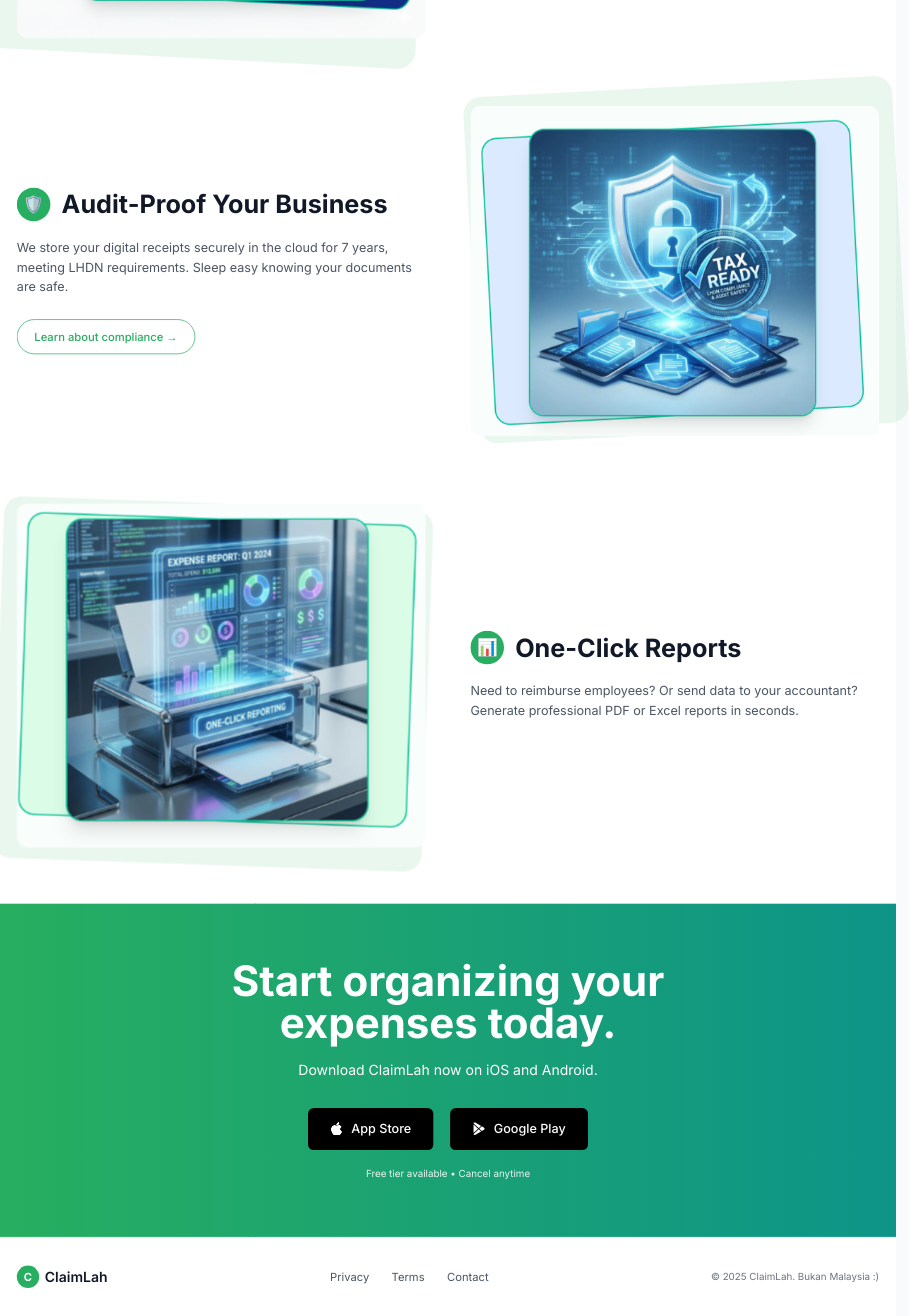
Repository: hsuntariq/web-pages
Page: Claimlah/index.html
An editor plug-in stored every save of this project. The page is shown before and after the next save, followed by the edit.
The browser window is 1280 px wide. The page is 1299 px wide, so the pictures cover 1299 px, including what lies to the right of the window. The pictures show the part of the page from y = 2500 to 4380 px (the page is 4380 px tall), at 70% of full size.
Some web libraries are served in a nearby version.

Above is the page before, as saved 2025-12-29 18:14:34.

After the next save:
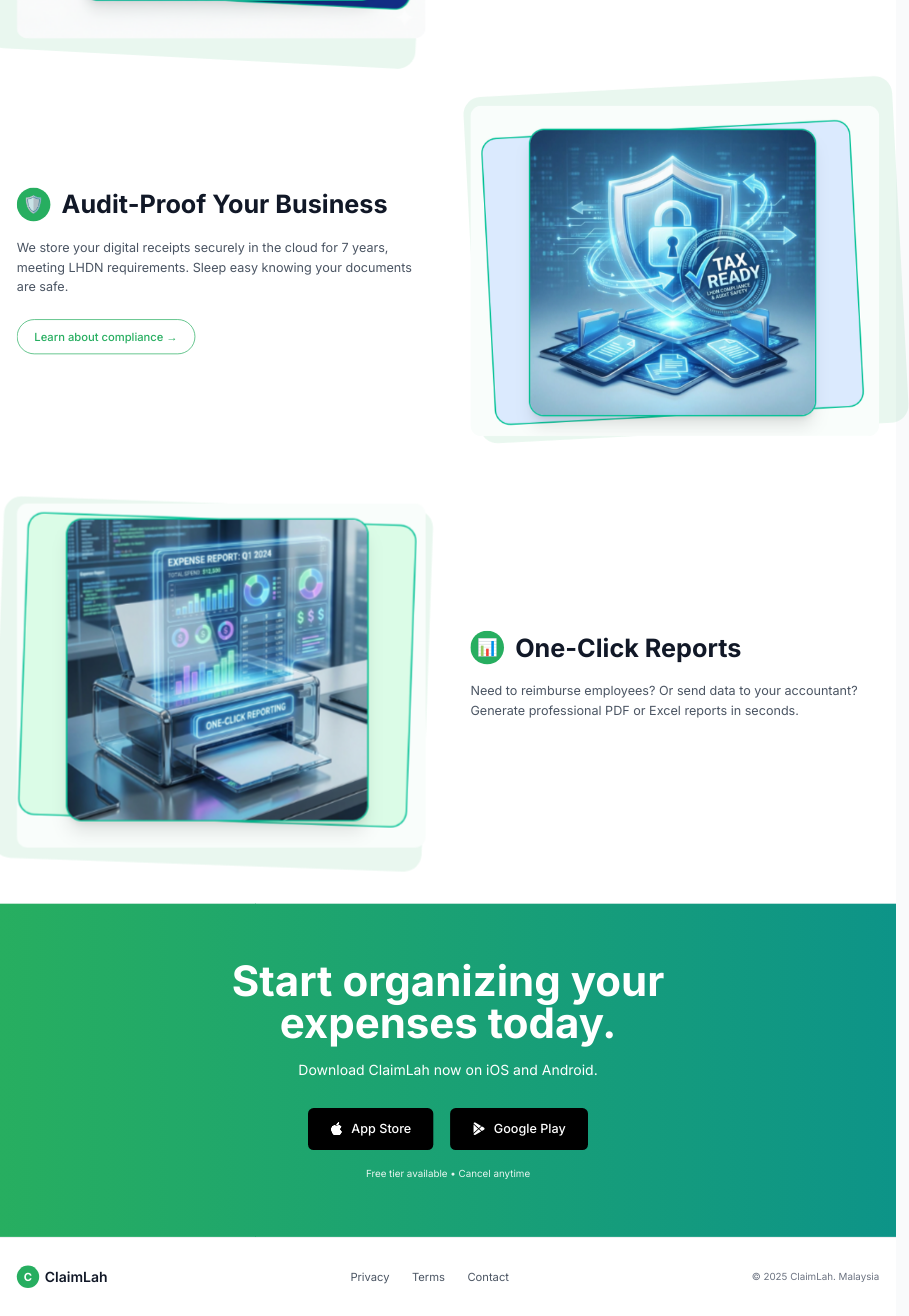
Saved 2 min 14 s later.
--- a/Claimlah/index.html
+++ b/Claimlah/index.html
@@ -551,7 +551,7 @@
           <a href="#" class="hover:text-primary transition">Contact</a>
         </div>
         <p class="text-sm text-gray-500 mt-4 md:mt-0">
-          © 2025 ClaimLah. Bukan Malaysia :)
+          © 2025 ClaimLah. Malaysia
         </p>
       </div>
     </footer>
